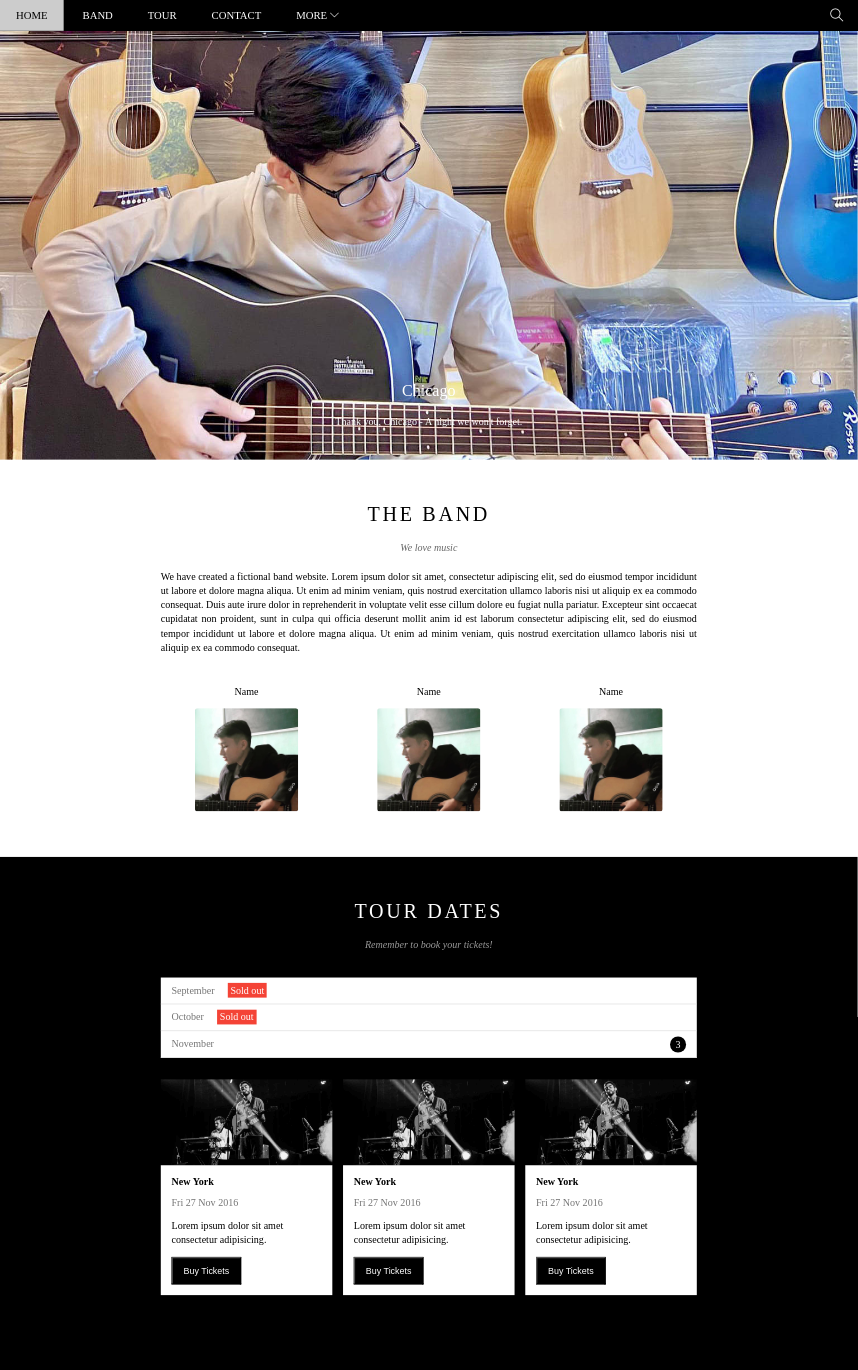
Repository: quochung2k3/Web-Team
Page: index.html
The author's editor kept a copy of each file at every save. The page is drawn from the files as they stood at one save, then again after the next save.
The browser window is 1280 px wide. The pictures show the whole page, at 67% of full size.

Above is the page before, as saved 2023-08-14 21:51:33.

After the next save:
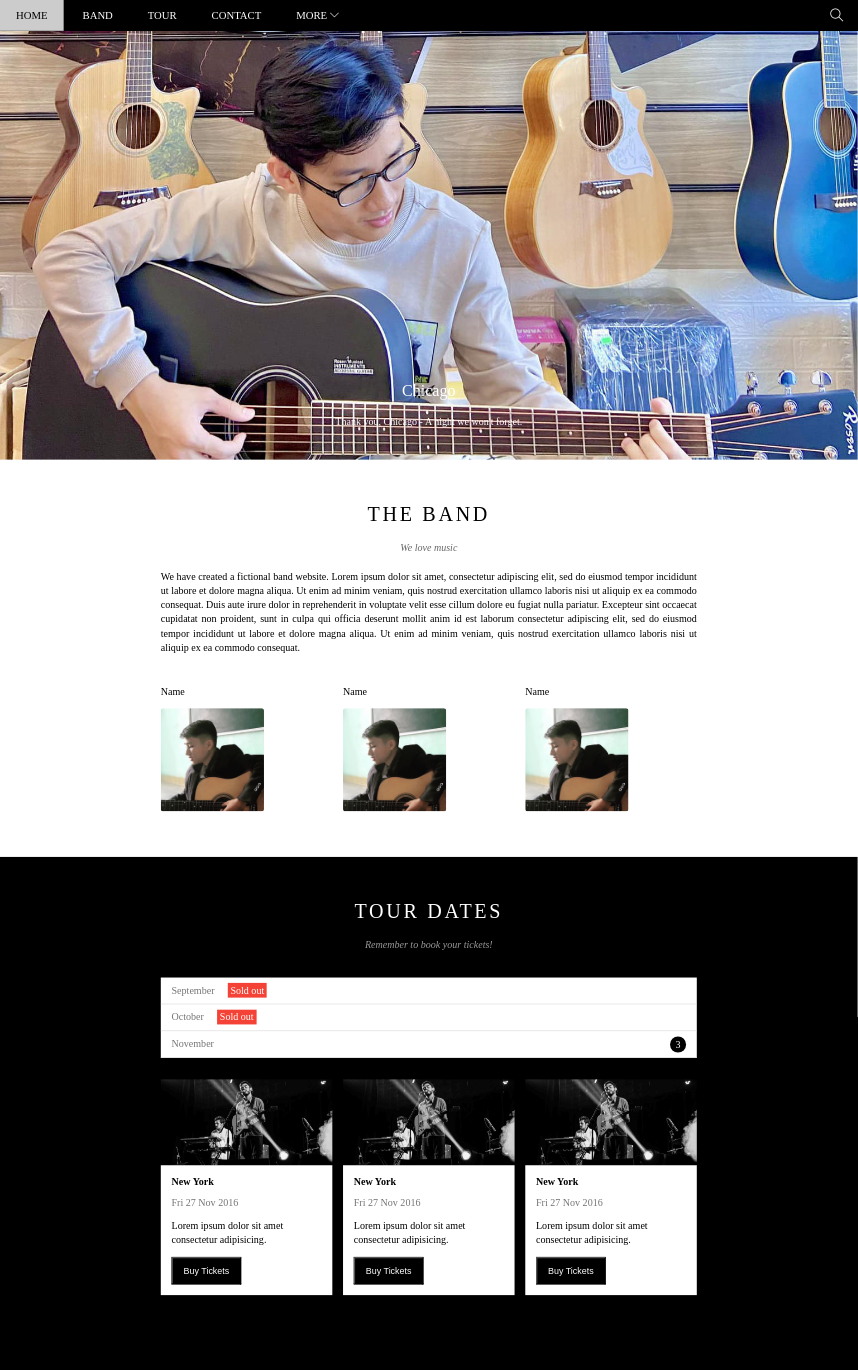
Saved 20 s later.
--- a/assets/css/style.css
+++ b/assets/css/style.css
@@ -14,6 +14,10 @@
 
 .text-white {
     color: #fff !important;
+}
+
+.text-center {
+    text-align: !important center;
 }
 
 .row {
@@ -183,10 +187,6 @@
 
 #content .member-list {
     margin-top: 48px;
-}
-
-#content .member-items {
-    text-align: center;
 }
 
 #content .member-name {

After the save that followed:
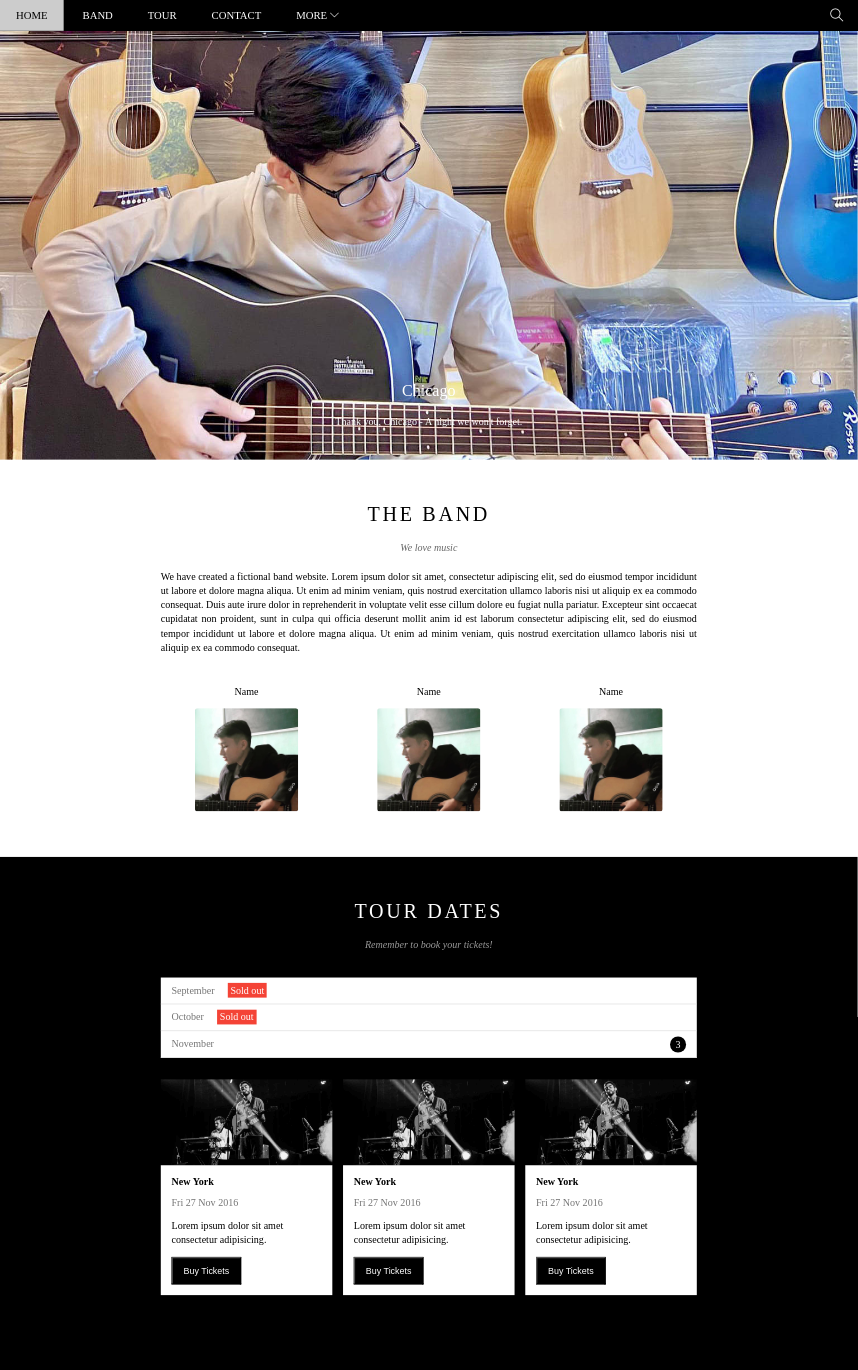
Saved 6 s later.
--- a/assets/css/style.css
+++ b/assets/css/style.css
@@ -17,7 +17,7 @@
 }
 
 .text-center {
-    text-align: !important center;
+    text-align: center !important;
 }
 
 .row {
